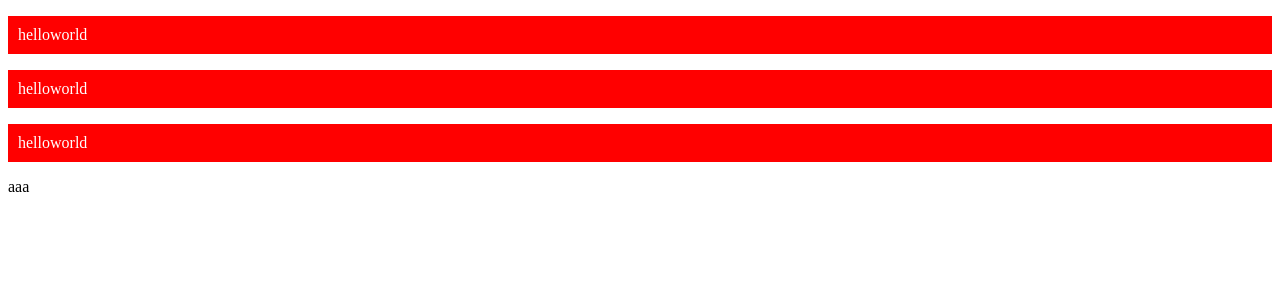
Repository: yeyanghui0616/web-components-test
Page: 01-hellolworld.html
The author's editor kept a copy of each file at every save. The page is drawn from the files as they stood at one save, then again after a run of saves.
The browser window is 1280 px wide. The pictures show the whole page.

Above is the page before, as saved 2023-07-17 14:33:30.

After the next 2 saves:
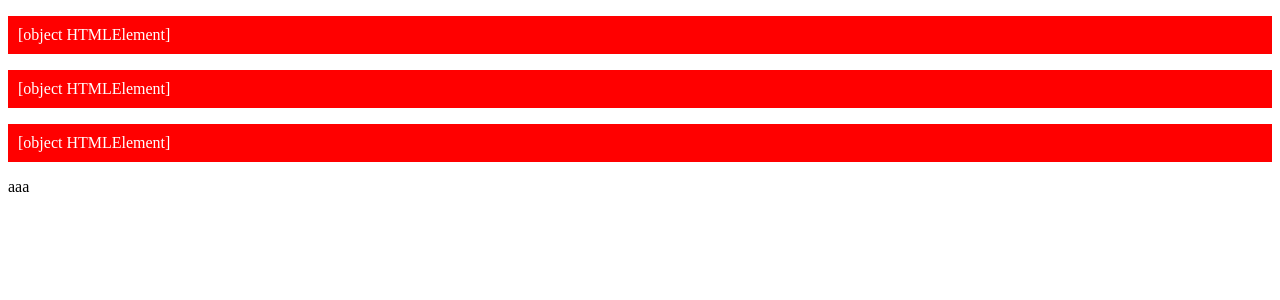
The 2 saves are shown as one change because they came seconds apart.
The last was saved 7 s later.
--- a/01-hellolworld.html
+++ b/01-hellolworld.html
@@ -41,7 +41,7 @@
                 console.log(this.getAttribute('message'))
 
                 // shadowRoot 相当于我们的根结点
-                shadowRoot.querySelector('p')
+                shadowRoot.querySelector('p').innerHTML = this
             }
 
         }
